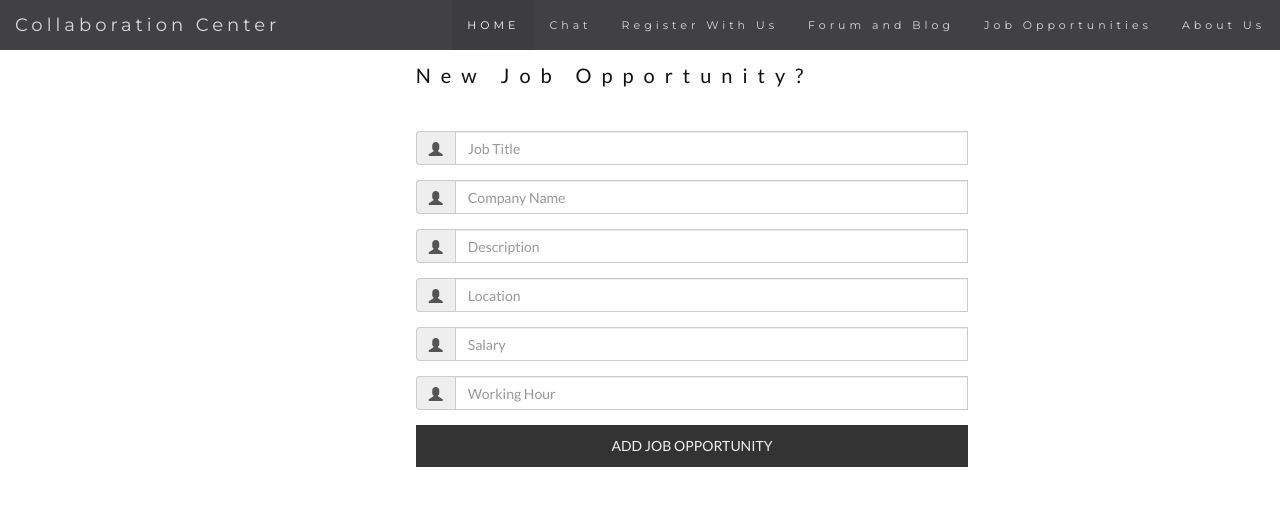
Repository: MokashiN/TestRepository
Page: http://localhost/MyChatApp/WEB-INF/views/JobAdd.jsp
An editor plug-in stored every save of this project. The page is shown before and after the next save, followed by the edit.
The browser window is 1280 px wide. The pictures show the whole page.
The page is served by Tomcat 9. Nobody is signed in. Other server files are loaded and not shown. The template is opened directly, without the code that normally fills it, so the values that code supplies are empty.

Above is the page before, as saved 2016-08-29 11:13:25.

### MyChatApp/src/main/webapp/WEB-INF/views/JobAdd.jsp

<%@ page language="java" contentType="text/html; charset=ISO-8859-1"
	pageEncoding="ISO-8859-1"%>
<!DOCTYPE html PUBLIC "-//W3C//DTD HTML 4.01 Transitional//EN" "http://www.w3.org/TR/html4/loose.dtd">
<html>
<head>
<meta http-equiv="Content-Type" content="text/html; charset=ISO-8859-1">
<title>Insert title here</title>
<style>

/* #wrapper */
/* { */
/* position:relative; */
/* width:900px; */
/* left:400px; */
/* top:-500px; */
/* } */
</style>
</head>


<body>
	<%@include file="header.jsp"%><br><br>
	<nav class="navbar navbar-default navbar-fixed-top">
  <div class="container-fluid">
    <div class="navbar-header">
      <button type="button" class="navbar-toggle" data-toggle="collapse" data-target="#myNavbar">
        <span class="icon-bar"></span>
        <span class="icon-bar"></span>
        <span class="icon-bar"></span>
      </button>
      <a class="navbar-brand" href="myPage">Collaboration Center</a>
    </div>
    <div class="collapse navbar-collapse" id="myNavbar">
      <ul class="nav navbar-nav navbar-right">
        <li><a href="#myPage">HOME</a></li>
        <li class="active"><a href="<y:url value='/Chat'/>"> Chat</a></li>
        <li><a href="Register">Register With Us</a></li>
        <li><a href="other">Forum and Blog</a></li>
        <li><a href="other1">Job Opportunities</a></li>
        <li><a href="AboutUs">About Us</a></li>
      </ul>
    </div>
  </div>
</nav>
	<div class="container-fluid" id="fullwrapper">
		<div class="rows">
			<div class="col-md-3">

			</div>

			<div class="col-md-7">
				<div id="logo-container"></div>
				<div class="col-sm-8 col-md-10 col-md-offset-1">
					<div class="form-group input-group">

						<center>
							<h3>New Job Opportunity?</h3>
						</center>
					</div>

					<form:form method="POST" action="JobSave" class="login-form"
						commandName="job">
						<div class="form-group input-group">
							<span class="input-group-addon"><i
								class="glyphicon glyphicon-user"></i></span>
							<form:input class="form-control" type="text" path='job_type'
								placeholder="Job Title" />
							<form:errors path="job_type" cssStyle="color: #ff0000;" />
						</div>
						<div class="form-group input-group">
							<span class="input-group-addon"><i
								class="glyphicon glyphicon-user"></i></span>
							<form:input class="form-control" type="text" path='company_name'
								placeholder="Company Name" />
							<form:errors path="company_name" cssStyle="color: #ff0000;" />
						</div>
						<div class="form-group input-group">
							<span class="input-group-addon"><i
								class="glyphicon glyphicon-user"></i></span>
							<form:input class="form-control" type="text" path='desc'
								placeholder="Description" />
							<form:errors path="desc" cssStyle="color: #ff0000;" />
						</div>
						<div class="form-group input-group">
							<span class="input-group-addon"><i
								class="glyphicon glyphicon-user"></i></span>
							<form:input class="form-control" type="text" path='location'
								placeholder="Location" />
							<form:errors path="location" cssStyle="color: #ff0000;" />
						</div>
						<div class="form-group input-group">
							<span class="input-group-addon"><i
								class="glyphicon glyphicon-user"></i></span>
							<form:input class="form-control" type="text" path='salary'
								placeholder="Salary" />
							<form:errors path="salary" cssStyle="color: #ff0000;" />
						</div>
						<div class="form-group input-group">
							<span class="input-group-addon"><i
								class="glyphicon glyphicon-user"></i></span>
							<form:input class="form-control" type="text" path='workinghour'
								placeholder="Working Hour" />
							<form:errors path="workinghour" cssStyle="color: #ff0000;" />
						</div>

						<div class="form-group">
							<button class="btn btn-def btn-block">ADD JOB OPPORTUNITY</button>
						</div>

					</form:form>
				</div>
			</div>
		</div>
	</div>

</body>
</html>

### MyChatApp/src/main/webapp/WEB-INF/views/header.jsp
<html lang="en">
<head>
<!-- Theme Made By www.w3schools.com - No Copyright -->
<title>Bootstrap Theme The Band</title>
<meta charset="utf-8">
<meta name="viewport" content="width=device-width, initial-scale=1">

<%@taglib uri="http://www.springframework.org/tags/form" prefix="form"%>



<link rel="stylesheet"
	href="http://maxcdn.bootstrapcdn.com/bootstrap/3.3.6/css/bootstrap.min.css">
<link href="http://fonts.googleapis.com/css?family=Lato"
	rel="stylesheet" type="text/css">
<link href="http://fonts.googleapis.com/css?family=Montserrat"
	rel="stylesheet" type="text/css">
<script
	src="https://ajax.googleapis.com/ajax/libs/jquery/1.12.2/jquery.min.js"></script>
<script
	src="http://maxcdn.bootstrapcdn.com/bootstrap/3.3.6/js/bootstrap.min.js"></script>
<style>
body {
	font: 400 15px/1.8 Lato, sans-serif;
	color: #777;
}

h3, h4 {
	margin: 10px 0 30px 0;
	letter-spacing: 10px;
	font-size: 20px;
	color: #111;
}

.container {
	padding: 80px 120px;
}

.person {
	border: 10px solid transparent;
	margin-bottom: 25px;
	width: 80%;
	height: 80%;
	opacity: 0.7;
}

.person:hover {
	border-color: #f1f1f1;
}

.carousel-inner img {
	-webkit-filter: grayscale(90%);
	filter: grayscale(90%); /* make all photos black and white */
	width: 100%; /* Set width to 100% */
	margin: auto;
}

.carousel-caption h3 {
	color: #fff !important;
}

@media ( max-width : 600px) {
	.carousel-caption {
		display: none;
		/* Hide the carousel text when the screen is less than 600 pixels wide */
	}
}

.bg-1 {
	background: #2d2d30;
	color: #bdbdbd;
}

.bg-1 h3 {
	color: #fff;
}

.bg-1 p {
	font-style: italic;
}

.list-group-item:first-child {
	border-top-right-radius: 0;
	border-top-left-radius: 0;
}

.list-group-item:last-child {
	border-bottom-right-radius: 0;
	border-bottom-left-radius: 0;
}

.thumbnail {
	padding: 0 0 15px 0;
	border: none;
	border-radius: 0;
}

.thumbnail p {
	margin-top: 15px;
	color: #555;
}

.btn {
	padding: 10px 20px;
	background-color: #333;
	color: #f1f1f1;
	border-radius: 0;
	transition: .2s;
}

.btn:hover, .btn:focus {
	border: 1px solid #333;
	background-color: #fff;
	color: #000;
}

.modal-header, h4, .close {
	background-color: #333;
	color: #fff !important;
	text-align: center;
	font-size: 30px;
}

.modal-header, .modal-body {
	padding: 40px 50px;
}

.nav-tabs li a {
	color: #777;
}

#googleMap {
	width: 100%;
	height: 400px;
	-webkit-filter: grayscale(100%);
	filter: grayscale(100%);
}

.navbar {
	font-family: Montserrat, sans-serif;
	margin-bottom: 0;
	background-color: #2d2d30;
	border: 0;
	font-size: 11px !important;
	letter-spacing: 4px;
	opacity: 0.9;
}

.navbar li a, .navbar .navbar-brand {
	color: #d5d5d5 !important;
}

.navbar-nav li a:hover {
	color: #fff !important;
}

.navbar-nav li.active a {
	color: #fff !important;
	background-color: #29292c !important;
}

.navbar-default .navbar-toggle {
	border-color: transparent;
}

.open .dropdown-toggle {
	color: #fff;
	background-color: #555 !important;
}

.dropdown-menu li a {
	color: #000 !important;
}

.dropdown-menu li a:hover {
	background-color: red !important;
}

footer {
	background-color: #2d2d30;
	color: #f5f5f5;
	padding: 32px;
}

footer a {
	color: #f5f5f5;
}

footer a:hover {
	color: #777;
	text-decoration: none;
}

.form-control {
	border-radius: 0;
}

textarea {
	resize: none;
}
</style>
</head>
<body id="myPage" data-spy="scroll" data-target=".navbar"
	data-offset="50">


</body>
</html>

After the next save:
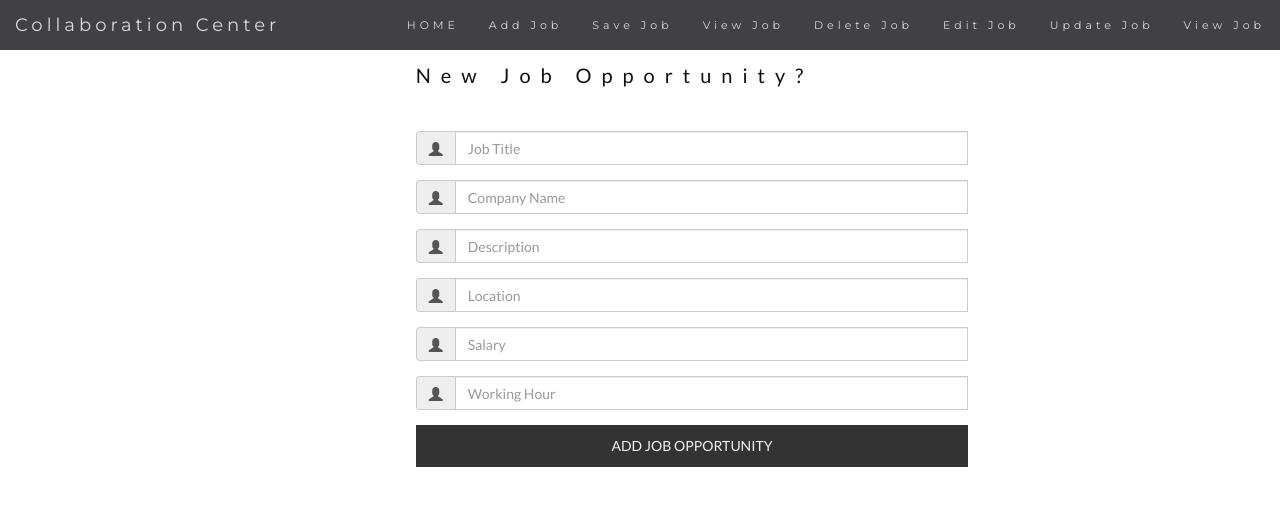
Saved 25 s later.
--- a/MyChatApp/src/main/webapp/WEB-INF/views/JobAdd.jsp
+++ b/MyChatApp/src/main/webapp/WEB-INF/views/JobAdd.jsp
@@ -33,12 +33,14 @@
     </div>
     <div class="collapse navbar-collapse" id="myNavbar">
       <ul class="nav navbar-nav navbar-right">
-        <li><a href="#myPage">HOME</a></li>
-        <li class="active"><a href="<y:url value='/Chat'/>"> Chat</a></li>
-        <li><a href="Register">Register With Us</a></li>
-        <li><a href="other">Forum and Blog</a></li>
-        <li><a href="other1">Job Opportunities</a></li>
-        <li><a href="AboutUs">About Us</a></li>
+       <li><a href="myPage">HOME</a></li>
+							<li><a href="<c:url value='/JobAdd'/>">Add Job</a></li>
+							<li><a href="<c:url value='/JobSave'/>">Save Job</a></li>
+							<li><a href="<c:url value='/JobView'/>">View Job</a></li>
+							<li><a href="<c:url value='/admin/JobDelete'/>">Delete Job</a></li>
+							<li><a href="<c:url value='/admin/JobEdit'/>">Edit Job</a></li>
+							<li><a href="<c:url value='/admin/updateJob'/>">Update Job</a></li>
+							<li><a href="<c:url value='/JobViewRecord'/>">View Job</a></li>
       </ul>
     </div>
   </div>
